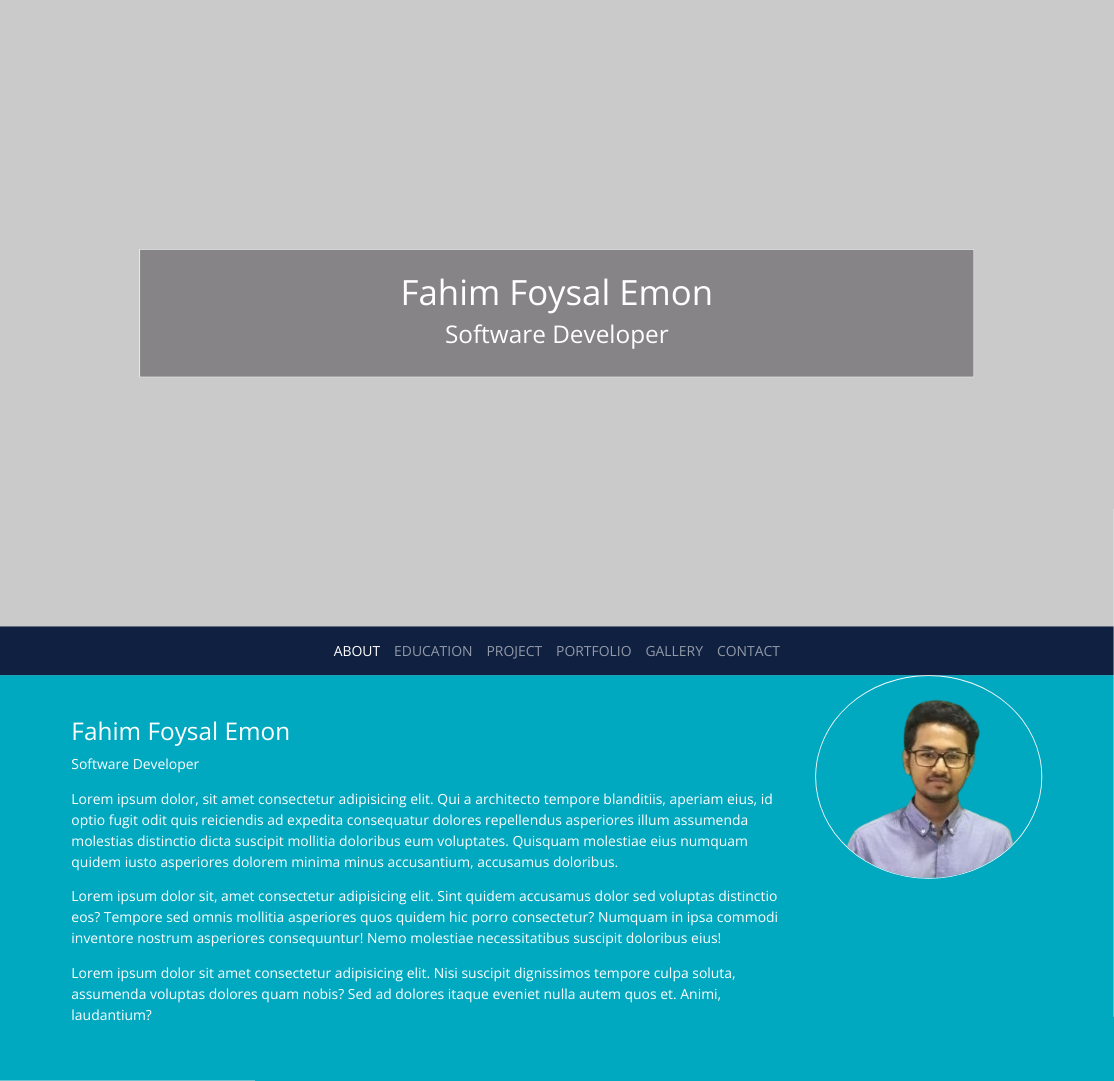
Repository: emowzz/emowzz.github.io
Page: index.html
These files come from the project's save history. The page is drawn as it stood at one moment and after the next save; the edit follows.
The browser window is 1280 px wide. The pictures show the whole page, at 87% of full size.
Some web libraries are served in a nearby version.

Above is the page before, as saved 2021-03-17 18:07:14.

### index.html
<!doctype html>
<html lang="en">

<head>
  <!-- Required meta tags -->
  <meta charset="utf-8">
  <meta name="viewport" content="width=device-width, initial-scale=1">
  <link rel="shortcut icon" type="image/png" href="./Image/myImgZoom.jpg">
  <!-- Bootstrap CSS -->
  <link href="https://cdn.jsdelivr.net/npm/bootstrap@5.0.0-beta2/dist/css/bootstrap.min.css" rel="stylesheet"
    integrity="sha384-BmbxuPwQa2lc/FVzBcNJ7UAyJxM6wuqIj61tLrc4wSX0szH/Ev+nYRRuWlolflfl" crossorigin="anonymous">
  <link rel="preconnect" href="https://fonts.gstatic.com">
  <link href="https://fonts.googleapis.com/css2?family=Open+Sans:wght@300&display=swap" rel="stylesheet">
  <link rel="stylesheet" href="./CSS/style.css">


  <title>Hi There, I'm Fahim Foysal Emon!</title>

  <script src="https://kit.fontawesome.com/a076d05399.js" crossorigin="anonymous"></script>
</head>

<body>

  <!-- this is banner section -->
  <section class="banner-container container-fluid">
    <div class="row vh-100">
      <div class="col-md-9 banner-column m-auto text-center text-white p-4 border border-light">
        <h1 class="display:4 font-weight:bolder">Fahim Foysal Emon</h1>
        <h3>Software Developer</h3>
      </div>
    </div>
  </section>

  <!-- this is nav-bar section -->
  <nav class="navbar navbar-expand-lg navbar-dark navbar-container">
    <div class="container-fluid">
      <button class="navbar-toggler" type="button" data-bs-toggle="collapse" data-bs-target="#navbarSupportedContent"
        aria-controls="navbarSupportedContent" aria-expanded="false" aria-label="Toggle navigation">
        <span class="navbar-toggler-icon"></span>
      </button>
      <div class="collapse navbar-collapse" id="navbarSupportedContent">
        <ul class="navbar-nav m-auto mb-2 mb-lg-0">
          <li class="nav-item">
            <a class="nav-link active" aria-current="page" href="#About">ABOUT</a>
          </li>
          <li class="nav-item">
            <a class="nav-link" href="#Education">EDUCATION</a>
          </li>
          <li class="nav-item">
            <a class="nav-link" href="#Project">PROJECT</a>
          </li>
          <li class="nav-item">
            <a class="nav-link" href="#Portfolio">PORTFOLIO</a>
          </li>
          <li class="nav-item">
            <a class="nav-link" href="#Gallery">GALLERY</a>
          </li>
          <li class="nav-item">
            <a class="nav-link" href="#Contact">CONTACT</a>
          </li>
        </ul>
      </div>
    </div>
  </nav>

  <!-- this is about section -->
  <div class="about-container">
    <div class="container">
      <div class="row">
        <div class="col-md-9 py-5 text-white">
          <h3>Fahim Foysal Emon</h3>
          <p>Software Developer</p>
          <p>Lorem ipsum dolor, sit amet consectetur adipisicing elit. Qui a architecto tempore blanditiis, aperiam
            eius, id optio fugit odit quis reiciendis ad expedita consequatur dolores repellendus asperiores illum
            assumenda molestias distinctio dicta suscipit mollitia doloribus eum voluptates. Quisquam molestiae eius
            numquam quidem iusto asperiores dolorem minima minus accusantium, accusamus doloribus.</p>
          <p>Lorem ipsum dolor sit, amet consectetur adipisicing elit. Sint quidem accusamus dolor sed voluptas
            distinctio eos? Tempore sed omnis mollitia asperiores quos quidem hic porro consectetur? Numquam in ipsa
            commodi inventore nostrum asperiores consequuntur! Nemo molestiae necessitatibus suscipit doloribus eius!
          </p>
          <p>
            Lorem ipsum dolor sit amet consectetur adipisicing elit. Nisi suscipit dignissimos tempore culpa soluta,
            assumenda voluptas dolores quam nobis? Sed ad dolores itaque eveniet nulla autem quos et. Animi, laudantium?
          </p>
        </div>

        <div class="col-md-3">
          <img src="/Image/myImg.png" alt="" class="img-fluid border rounded-circle border-light m-auto">
        </div>
      </div>
    </div>
  </div>

  <!-- Optional JavaScript; choose one of the two! -->

  <!-- Option 1: Bootstrap Bundle with Popper -->
  <script src="https://cdn.jsdelivr.net/npm/bootstrap@5.0.0-beta2/dist/js/bootstrap.bundle.min.js"
    integrity="sha384-b5kHyXgcpbZJO/tY9Ul7kGkf1S0CWuKcCD38l8YkeH8z8QjE0GmW1gYU5S9FOnJ0"
    crossorigin="anonymous"></script>

  <!-- Option 2: Separate Popper and Bootstrap JS -->
  <!--
    <script src="https://cdn.jsdelivr.net/npm/@popperjs/core@2.6.0/dist/umd/popper.min.js" integrity="sha384-KsvD1yqQ1/1+IA7gi3P0tyJcT3vR+NdBTt13hSJ2lnve8agRGXTTyNaBYmCR/Nwi" crossorigin="anonymous"></script>
    <script src="https://cdn.jsdelivr.net/npm/bootstrap@5.0.0-beta2/dist/js/bootstrap.min.js" integrity="sha384-nsg8ua9HAw1y0W1btsyWgBklPnCUAFLuTMS2G72MMONqmOymq585AcH49TLBQObG" crossorigin="anonymous"></script>
    -->
</body>

</html>

### CSS/style.css
body {
    font-family: 'Open Sans', sans-serif;
}


.banner-container {
    background-color: #CACACA;
}

.banner-column {
    background-color: #868486;
}

.navbar-container {
    background-color: #102040;
}

.about-container {
    background-color: #00A9C0;
}

After the next save:
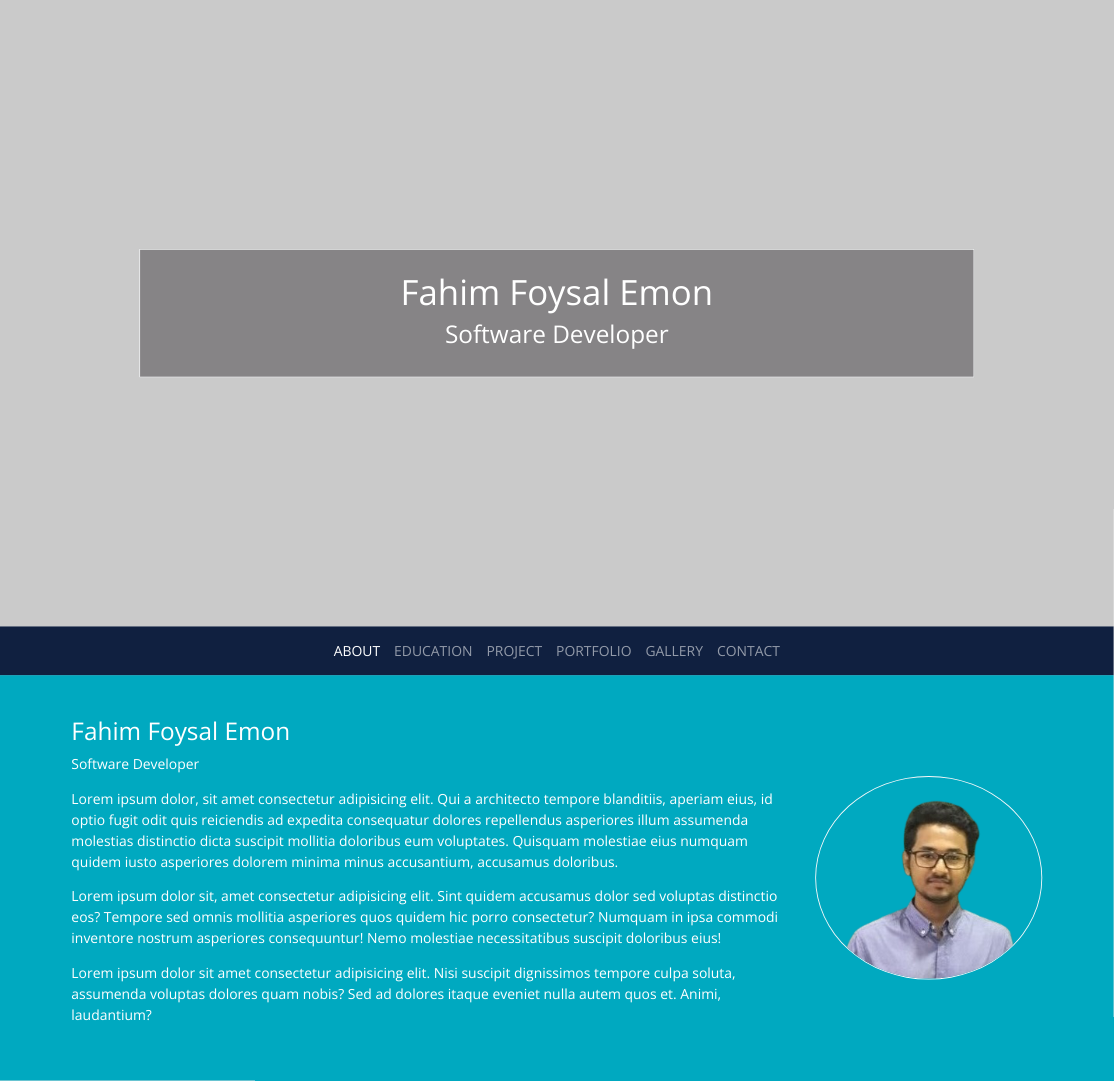
Saved 49 s later.
--- a/index.html
+++ b/index.html
@@ -66,7 +66,7 @@
   <!-- this is about section -->
   <div class="about-container">
     <div class="container">
-      <div class="row">
+      <div class="row align-items-center">
         <div class="col-md-9 py-5 text-white">
           <h3>Fahim Foysal Emon</h3>
           <p>Software Developer</p>
